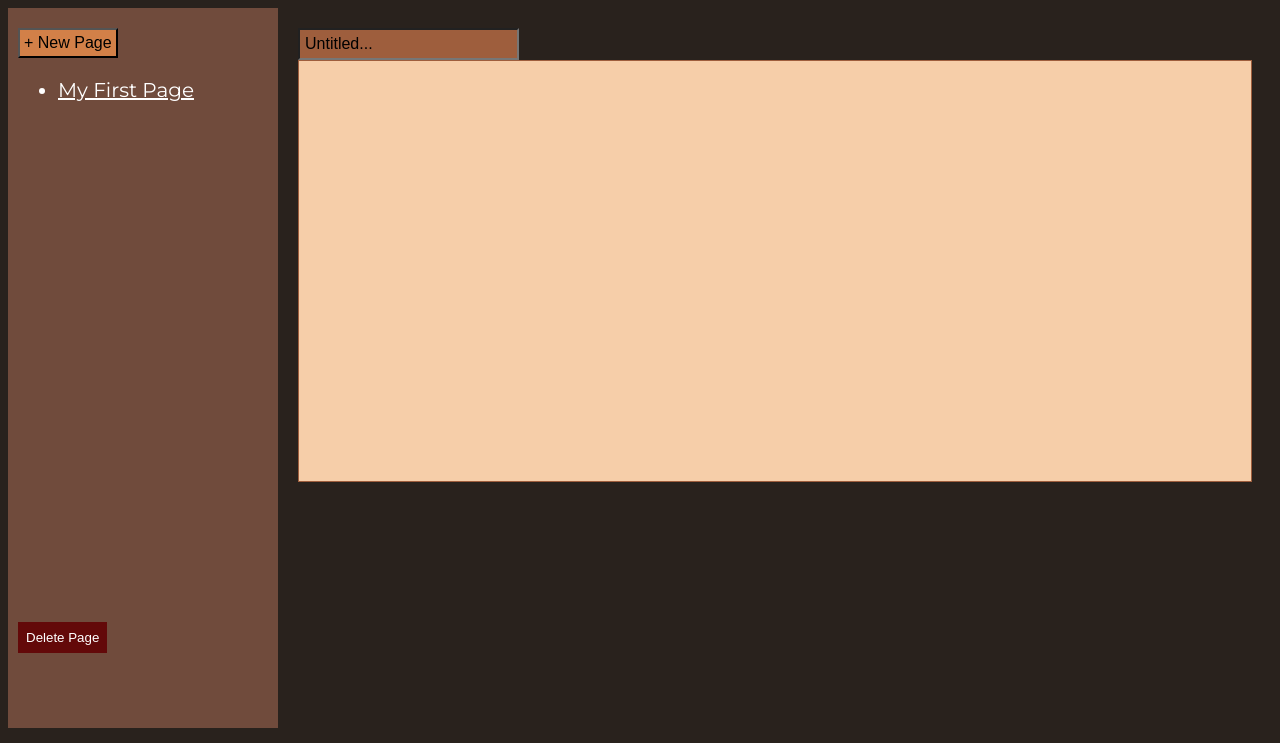
Repository: Dharshinimk-521/notes-app
Page: index.html
An editor plug-in stored every save of this project. The page is shown before and after the next save, followed by the edit.
The browser window is 1280 px wide. The pictures show the whole page.

Above is the page before, as saved 2026-04-18 22:15:56.

### index.html
<!DOCTYPE html>
<html lang="en">
    <head>
        <meta charset="UTF-8">
        <meta name="viewport" content="width=device-width, initial-scale=1.0">
        <title>Notes App</title>
        <link rel="stylesheet" href="style.css">
        <link rel="preconnect" href="https://fonts.googleapis.com">
        <link rel="preconnect" href="https://fonts.gstatic.com" crossorigin>
        <link href="https://fonts.googleapis.com/css2?family=Montserrat:ital,wght@0,100..900;1,100..900&display=swap" rel="stylesheet">
        <script src="app.js" defer></script>
    </head>
    <body>
    <div class="app">

        <aside class="sidebar">
        <button id="newPageBtn">+ New Page</button>
        <ul id="pageList"></ul>
        <button id="deletePageBtn"> Delete Page</button>
        </aside>

        <main class="editor">
        <input id="pageTitle" placeholder="Untitled..." />
        <div id="editorArea" contenteditable="true"></div>
        </main>

    </div>


    </body>
</html>

### style.css
body{
    font-family:'Montserrat',sans-serif;
    background-color: #29221D;
}
.app {
  margin: 0;
  display: flex;
  height: 100vh;

}

.sidebar {
  width: 250px;
  background: #704B3C;
  padding: 10px;
}

.editor {
  flex: 1;
  padding: 20px;
}

#editorArea {
  min-height: 400px;
  background-color: #F6CEA9;
  border: 1px solid #9E5E3D;
  padding: 10px;
  font-size: 16px;
}
#newPageBtn{
 background-color: #D28048;
 padding: 4px;
 margin-top: 10px;
 cursor:pointer;
 font-size: 16px;
}
#pageTitle{
    padding:5px;
    background-color: #9E5E3D;
    color: black;
    font-size: 16px;
}
::placeholder{
    color:black;
    opacity: 1
}
#deletePageBtn {
    margin-top: 500px;
  margin-bottom: 90px;
  background: #630909;
  color: white;
  border: none;
  padding: 8px;
  cursor: pointer;
}
#pageList{
    text-decoration: underline;
    color:white;
    cursor: pointer;
    font-size: 20px;
}

### app.js
// Load pages from localStorage OR use default
let pages = JSON.parse(localStorage.getItem("pages")) || [
  {
    id: "123",
    title: "My First Page",
    content: "<p>Hello world</p>"
  }
];

let currentPageId = null;

// Save all pages
function savePages() {
  localStorage.setItem("pages", JSON.stringify(pages));
}

// Create new page
function createPage() {
  const newPage = {
    id: Date.now().toString(),
    title: "Untitled",
    content: ""
  };

  pages.push(newPage);
  savePages();
  renderPages();
  openPage(newPage.id);
}

// Render sidebar
function renderPages() {
  const pageList = document.getElementById("pageList");
  pageList.innerHTML = "";

  pages.forEach((page) => {
    const li = document.createElement("li");
    li.textContent = page.title;

    if (page.id === currentPageId) {
      li.style.background = "#ddd";

    }

    li.onclick = () => openPage(page.id);

    pageList.appendChild(li);
  });
}

// Open page
function openPage(id) {
    console.log("Opening page:", id);
  const page = pages.find(p => p.id === id);
  currentPageId = id;

  if (!page) return;

  document.getElementById("pageTitle").value = page.title;
  document.getElementById("editorArea").innerHTML = page.content;
}

// Auto save current page
function saveCurrentPage() {
  const page = pages.find(p => p.id === currentPageId);
  if (!page) return;

  page.title = document.getElementById("pageTitle").value;
  page.content = document.getElementById("editorArea").innerHTML;

  savePages();
}
//del func
function deleteCurrentPage() {
  if (!currentPageId) return;

  const confirmDelete = confirm("Delete this page?");
  if (!confirmDelete) return;

  pages = pages.filter(p => p.id !== currentPageId);

  savePages();
  renderPages();

  if (pages.length > 0) {
    openPage(pages[0].id);
  } else {
    currentPageId = null;
    document.getElementById("pageTitle").value = "";
    document.getElementById("editorArea").innerHTML = "";
  }
}
// Event listeners
document.getElementById("newPageBtn").onclick = createPage;
document.getElementById("editorArea").addEventListener("input", saveCurrentPage);
document.getElementById("pageTitle").addEventListener("input", saveCurrentPage);
document.getElementById("deletePageBtn").onclick = deleteCurrentPage;
// Initial render
renderPages();

After the next save:
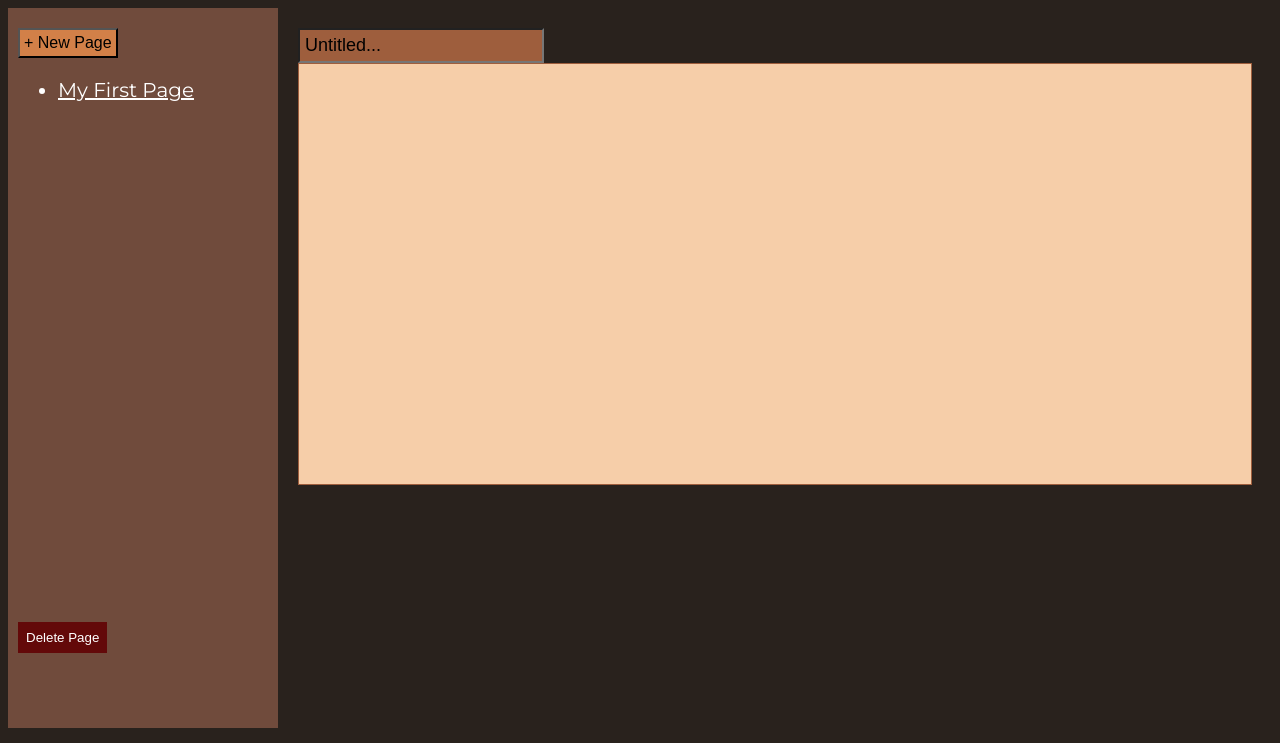
Saved 6 s later.
--- a/style.css
+++ b/style.css
@@ -38,7 +38,7 @@ body{
     padding:5px;
     background-color: #9E5E3D;
     color: black;
-    font-size: 16px;
+    font-size: 18px;
 }
 ::placeholder{
     color:black;
